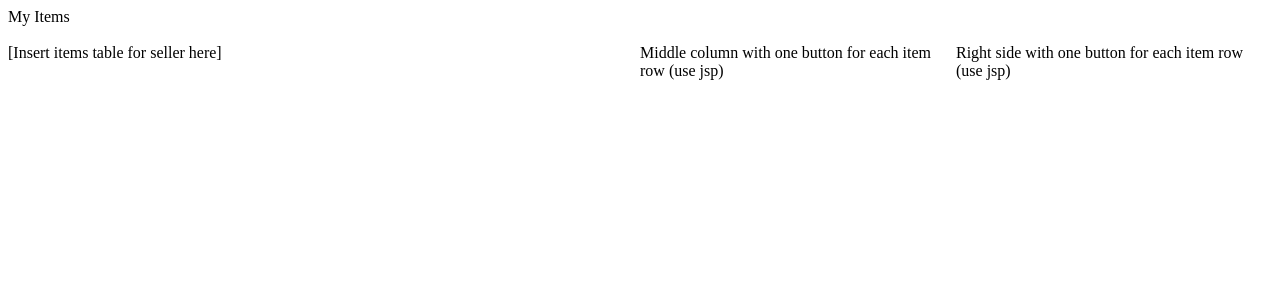
Repository: divergentArrow/Databases
Page: http://localhost/cs336project/seller.jsp
An editor plug-in stored every save of this project. The page is shown before and after the next save, followed by the edit.
The browser window is 1280 px wide. The pictures show the whole page.
The page is served by Tomcat 9.

Above is the page before, as saved 2019-04-14 20:39:58.

After the next save:
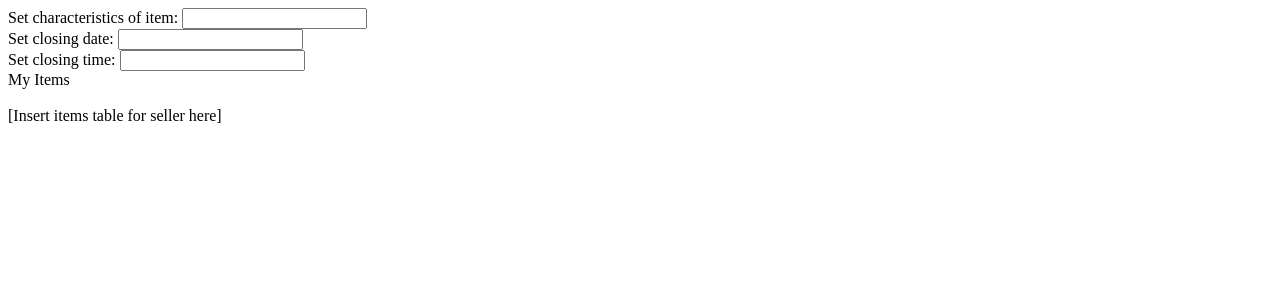
Saved 4 min 18 s later.
--- a/cs336project/WebContent/seller.jsp
+++ b/cs336project/WebContent/seller.jsp
@@ -9,24 +9,16 @@
 </head>
 
 <body>
-	<div style="width: 100%; display: table;">
-    	<div style="display: table-row">
-        	<div style="width: 600px; display: table-cell;">
-        		My Items
-				<br></br>
-				[Insert items table for seller here]
-				<%--<%= cs336project.Seller.test() %>--%>
-
-        	</div>
-        	<div style="width: 300px; display: table-cell;">
-        		<br></br>
-        		Middle column with one button for each item row (use jsp)
-        	</div>
-        	<div style="width: 300px; display: table-cell;">
-        		<br></br>
-        		Right side with one button for each item row (use jsp)
-        	</div>
-    	</div>
+	<div>
+		Set characteristics of item: <input type="text" name="item"><br>
+		Set closing date: <input type="text" name="cdate"><br>
+		Set closing time: <input type="text" name="ctime"><br>
+	</div>
+	<div>
+		My Items
+		<br></br>
+		[Insert items table for seller here]
+		<%--<%= cs336project.Seller.test() %>--%>
 	</div>
 </body>
 
